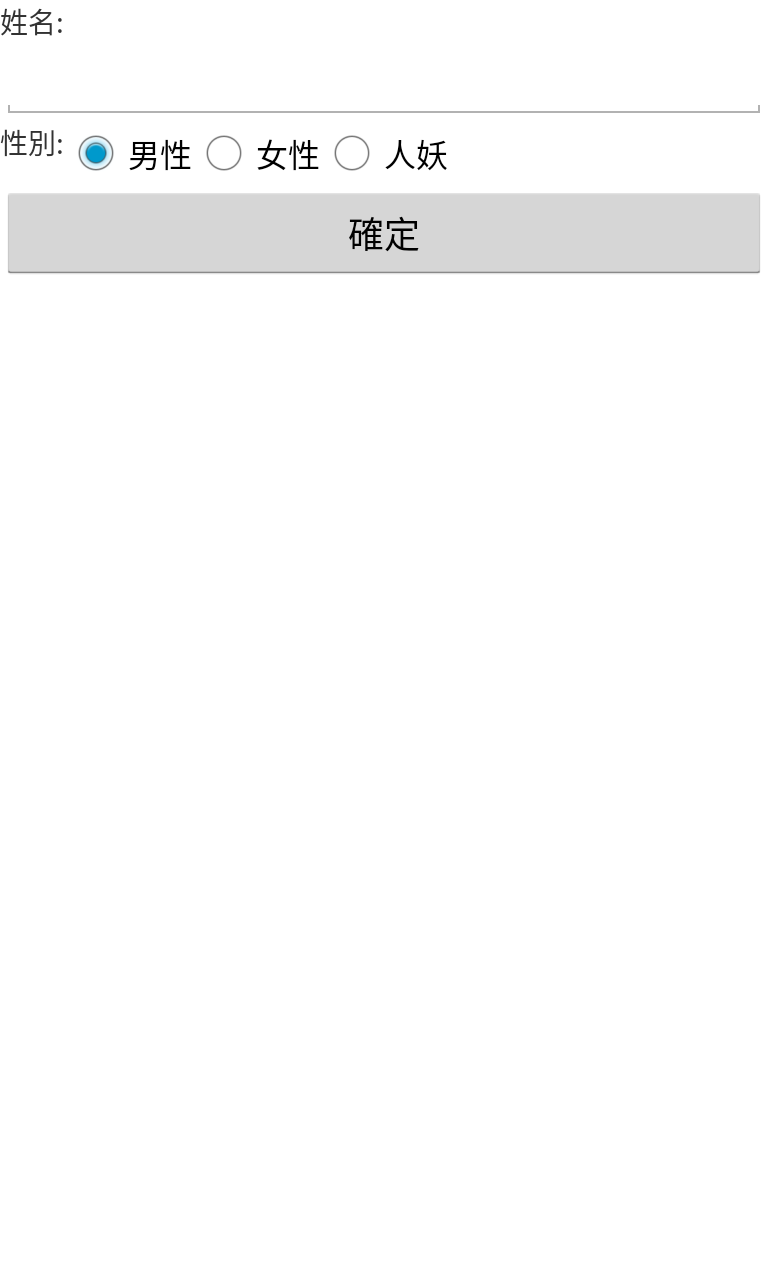
Repository: idarfan/android41
Layout: Ch07RadioGroupMe/res/layout/main.xml
An editor plug-in stored every save of this project. The layout is shown before and after the next save, followed by the edit.
It is drawn on a 768 x 1280 px phone screen (xhdpi) without system bars, with theme AppTheme; the app's code is not run.

Above is the layout before, as saved 2012-07-31 09:53:19.

After the next save:
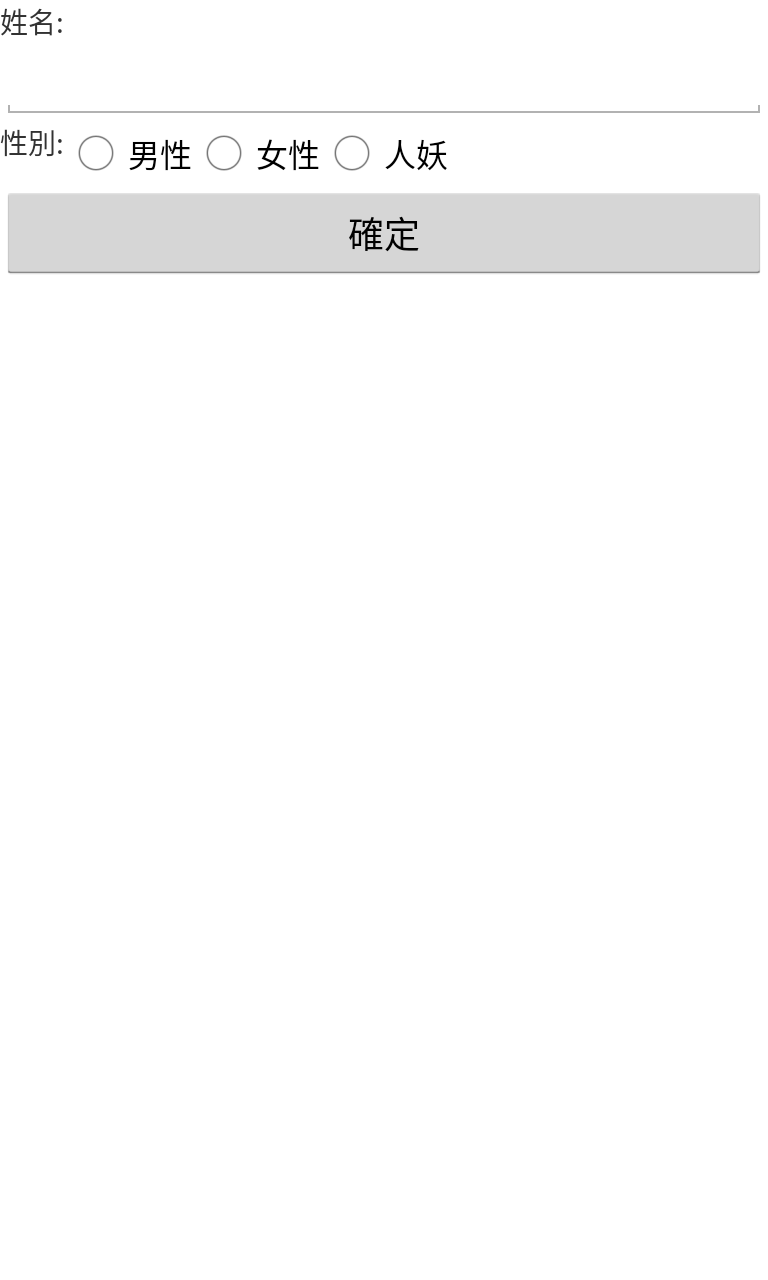
Saved 20 h 41 min later.
--- a/Ch07RadioGroupMe/res/layout/main.xml
+++ b/Ch07RadioGroupMe/res/layout/main.xml
@@ -33,7 +33,6 @@
 	        android:id="@+id/rdgIdSex"
 	        android:layout_width="wrap_content"
 	        android:layout_height="wrap_content"
-	        android:checkedButton="@+id/rbIdMale"
 	        android:orientation="horizontal" >
 
 	        <RadioButton
